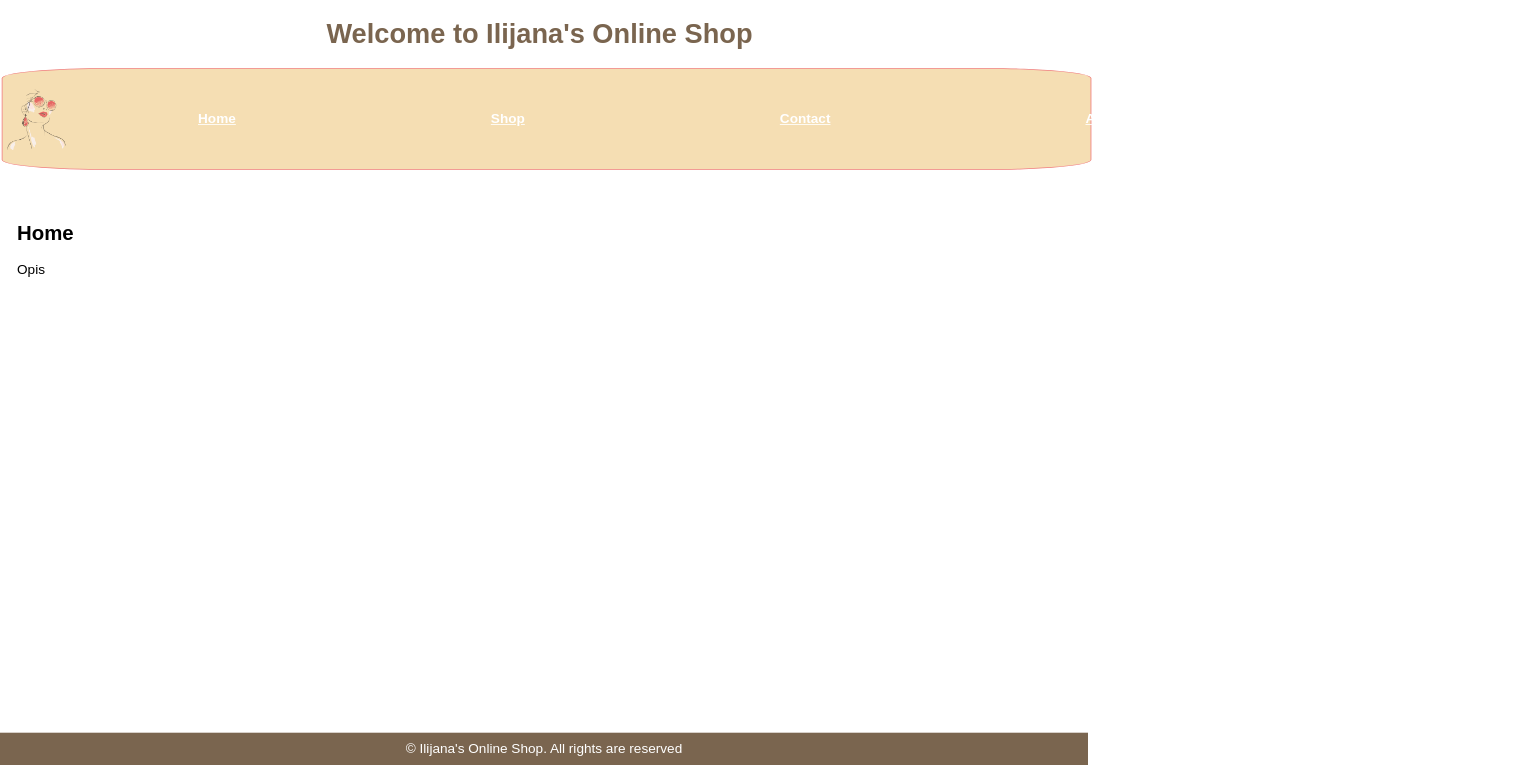
Repository: ilijana123/Proekt1
Page: html.html
The author's editor kept a copy of each file at every save. The page is drawn from the files as they stood at one save, then again after the next save.
The browser window is 1280 px wide. The page is 1482 px wide, then 1737 px, then 1801 px, so the pictures cover 1801 px, including what lies to the right of the window. The pictures show the whole page, at 85% of full size.

Above is the page before, as saved 2023-11-13 02:22:34.
Console error: ReferenceError: $ is not defined

After the next save:
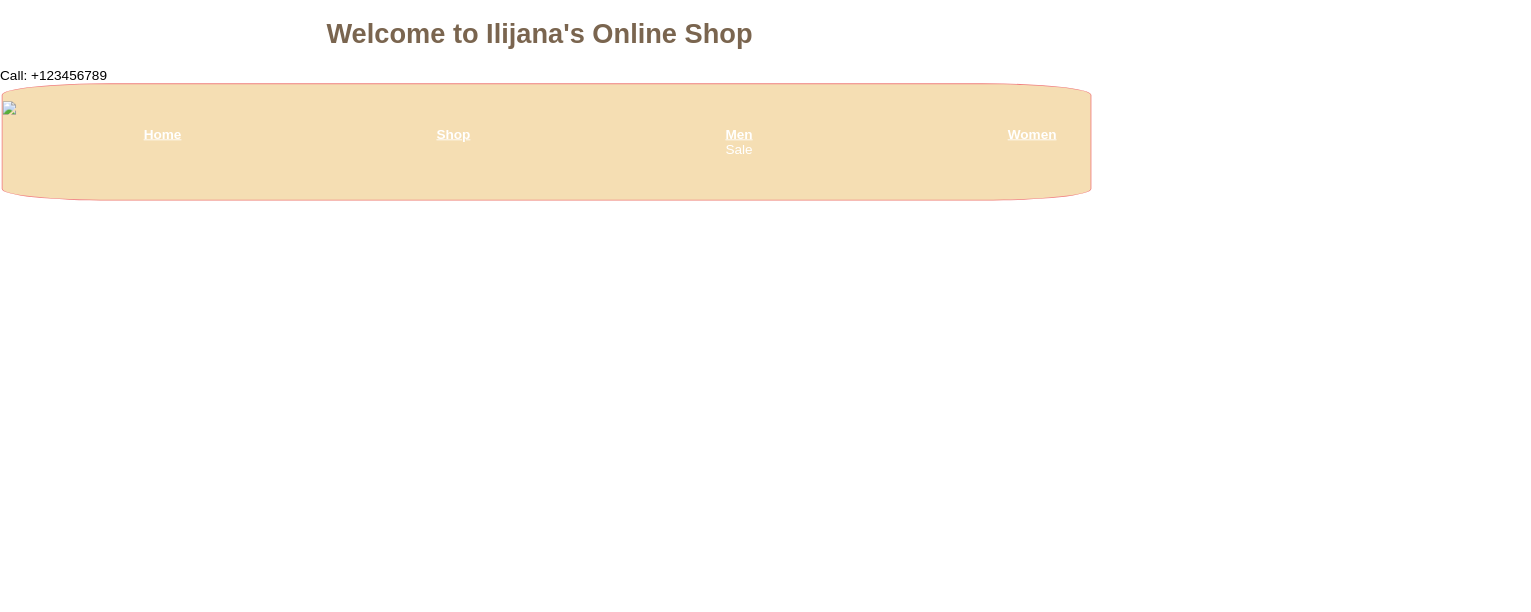
Not found: images/logo.png
Saved 2 min 32 s later.
--- a/html.html
+++ b/html.html
@@ -13,93 +13,48 @@
     <header>
        <h1>Welcome to Ilijana's Online Shop</h1>
     </header>
-
     <nav>
-        <div class="social-call">
-        <div class="social">
-            <a href="#"><i class="fab fa-facebook-f"></i></a>
-            <a href="#"><i class="fab fa-twitter"></i></a>
-            <a href="#"><i class="fab fa-youtube"></i></a>
-            <a href="#"><i class="fab fa-instagram"></i></a>
-        </div>
-        </div>
-        <div class="navigation">
-            <a href="#" class="logo"><img src="logo.png"></a>
-            <div class="toggle"></div>
-            <ul class="menu">
-            <li><a href="#">Home</a></li>
-            <li  class="shop"><a href="#" >Shop</a></li>
-            <li><a href="#">Contact</a></li>
-            <li><a href="#">About</a></li>
-            </ul>
-            <div class="right-menu">
-            <a href="javascript:void(0);" class="search">
-                <i class="fas fa-search"></i>
-            </a>
-            <a href="javascript:void(0);" class="user">
-                <i class="far fa-user"></i>
-            </a>
-            <a href="#">
-                <i class="fas fa-shopping-cart">
-                    <span class="num-cart-product">0</span>
-                </i>
-            </a>
-            </div>
-        </div>
-    </nav>
-
-       <section id="home">
-            <h2>Home</h2>
-            <p>Opis</p>
-        </section>
-        <section id="contact"></section>
-            <div class="form">
-                <div class="login-form">
-                    <a href="javascript:void(0);" class="form-cancel">
-                        <i class="fas fa-times"></i>
-                    </a>
-                    <strong>Log In</strong>
-                    <form>
-                        <p><input type="email" name="email" placeholder="Example@gmail.com" required/></p>
-                        <p><input type="password" name="password" placeholder="Password" required/></p>
-                        <p><input type="submit" value="Log In"/></p>
-                    </form>
-                    <div class="form-btns">
-                        <p><a href="#" class="forget">Forget Your Password?</a></p>
-                        <p><a href="javascript:void(0);" class="sign-up-btn">Create Account</a></p>
-                    </div>
-                </div>
-                    <div class="sign-up-form">
-                    <a href="javascript:void(0);" class="form-cancel">
-                        <i class="fas fa-times"></i>
-                    </a>
-                        <strong>Sign Up</strong>
-                        <form>
-                            <p><input type="text" name="fullname" placeholder="Full Name" required/></p>
-                            <p><input type="email" name="email" placeholder="Example@gmail.com" required/></p>
-                            <p><input type="password" name="password" placeholder="Password" required/></p>
-                            <p><input type="submit" value="Sign Up"/>
-                        </form>
-                        <div class="form-btns">
-                            <a href="javascript:void(0);" class="already-account">
-                                Already Have Account?</a>
-
-                        </div>
-                    </div>
-            </div>
-       </section>
-
-       <section id="category1"></section>
-       <section id="category2"></section>
-       <section id="category3"></section>
-       <section id="instagram"></section>
-      <section id="survey">
-      </section>
-      <section id="questionnaire">
-      </section>
-      <section id="contact">
-      </section>
-       <footer> &copy; Ilijana's Online Shop. All rights are reserved</footer>
+        <!--social-links-and-phone-number----------------->
+ <div class="social-call">
+     <!--social-links--->
+     <div class="social">
+         <a href="#"><i class="fab fa-facebook-f"></i></a>
+         <a href="#"><i class="fab fa-twitter"></i></a>
+         <a href="#"><i class="fab fa-youtube"></i></a>
+         <a href="#"><i class="fab fa-instagram"></i></a>
+     </div>
+     <!--phone-number------>
+     <div class="phone">
+         <span>Call: +123456789</span>
+     </div>
+ </div>
+ <div class="navigation">
+     <a href="#" class="logo"><img src="images/logo.png"></a>
+     <div class="toggle"></div>
+     <ul class="menu">
+         <li><a href="#">Home</a></li>
+         <li  class="shop"><a href="#" >Shop</a></li>
+         <li><a href="#">Men</a>
+             <span class="sale-lable">Sale</span>
+         </li>
+         <li><a href="#">Women</a></li>
+         <li><a href="#">Kids</a></li>
+     </ul>
+     <div class="right-menu">
+         <a href="javascript:void(0);" class="search">
+             <i class="fas fa-search"></i>
+         </a>
+         <a href="javascript:void(0);" class="user">
+             <i class="far fa-user"></i>
+         </a>
+         <a href="#">
+             <i class="fas fa-shopping-cart">
+                 <span class="num-cart-product">0</span>
+             </i>
+         </a>
+     </div>
+     </div>
+ </nav>
 
     </body>
 </html>

After the save that followed:
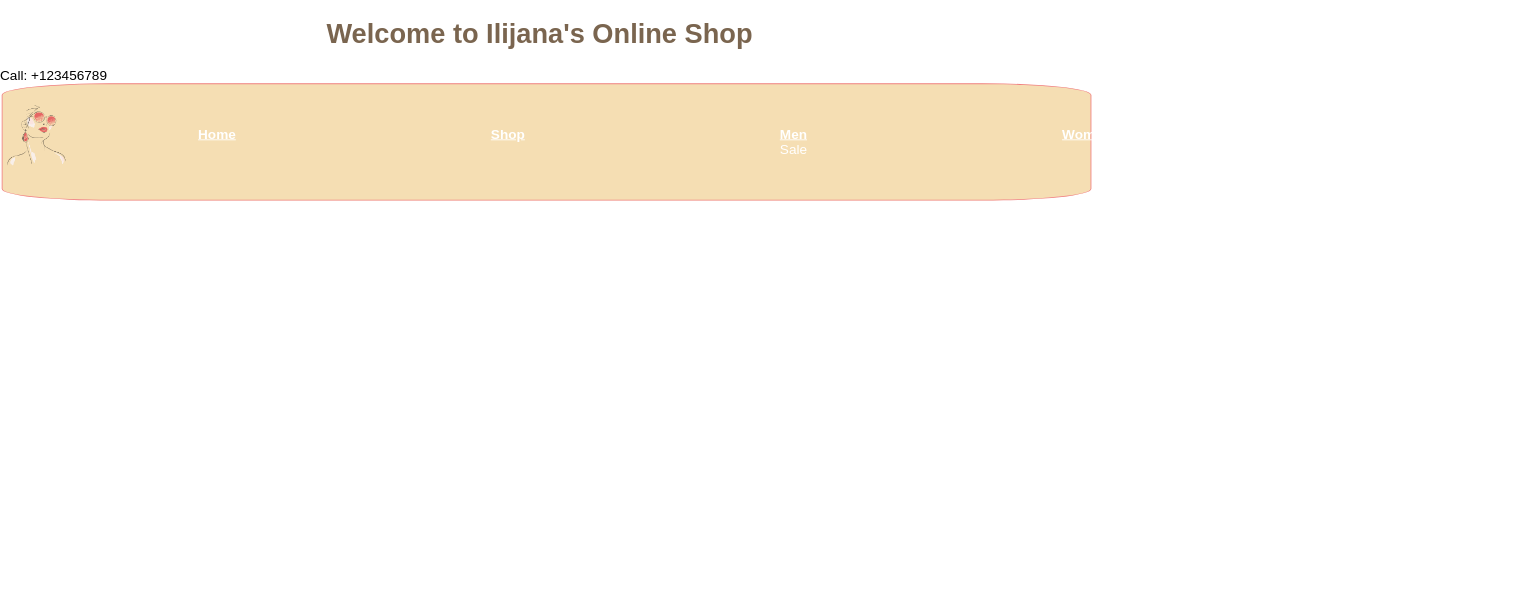
Saved 16 s later.
--- a/html.html
+++ b/html.html
@@ -29,7 +29,7 @@
      </div>
  </div>
  <div class="navigation">
-     <a href="#" class="logo"><img src="images/logo.png"></a>
+     <a href="#" class="logo"><img src="logo.png"></a>
      <div class="toggle"></div>
      <ul class="menu">
          <li><a href="#">Home</a></li>
